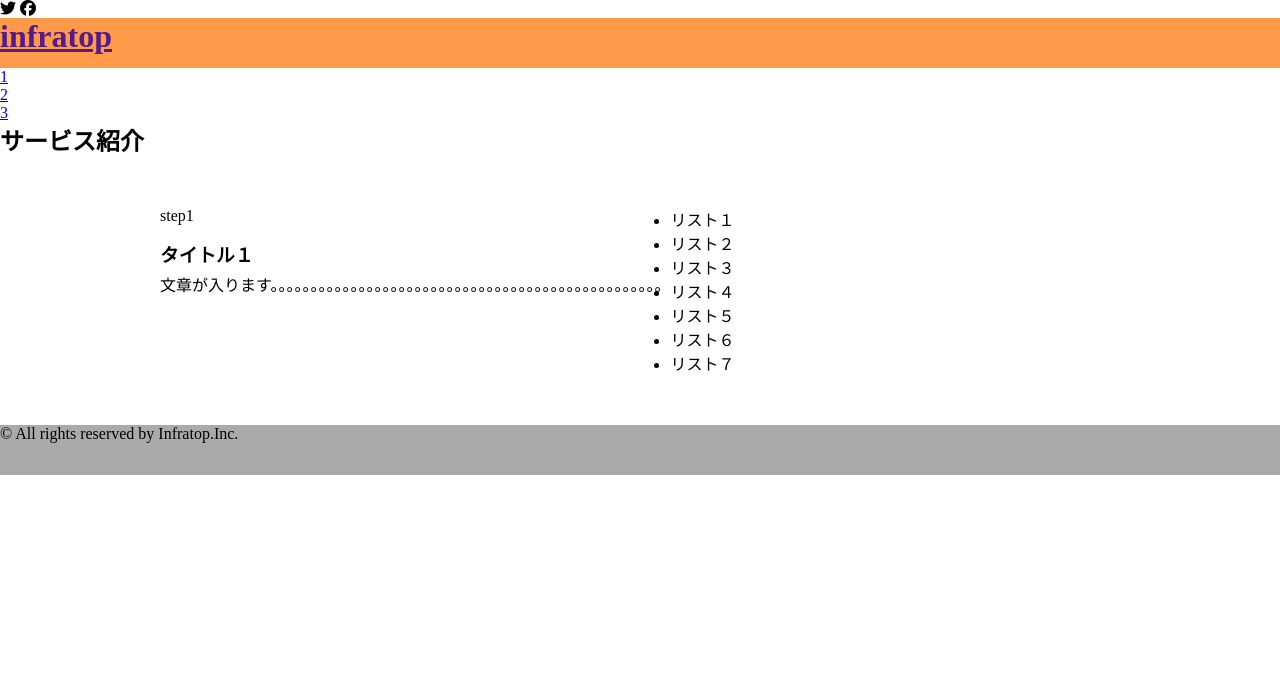
Repository: yymmyymm/review-sub1
Page: caravan2/index2.html
The author's editor kept a record of every edit. The page is drawn from the files as they stood at one moment, then again after the next edit.
The browser window is 1280 px wide. The pictures show the whole page.
Some web libraries are served in a nearby version.

Above is the page before.

After the next edit:
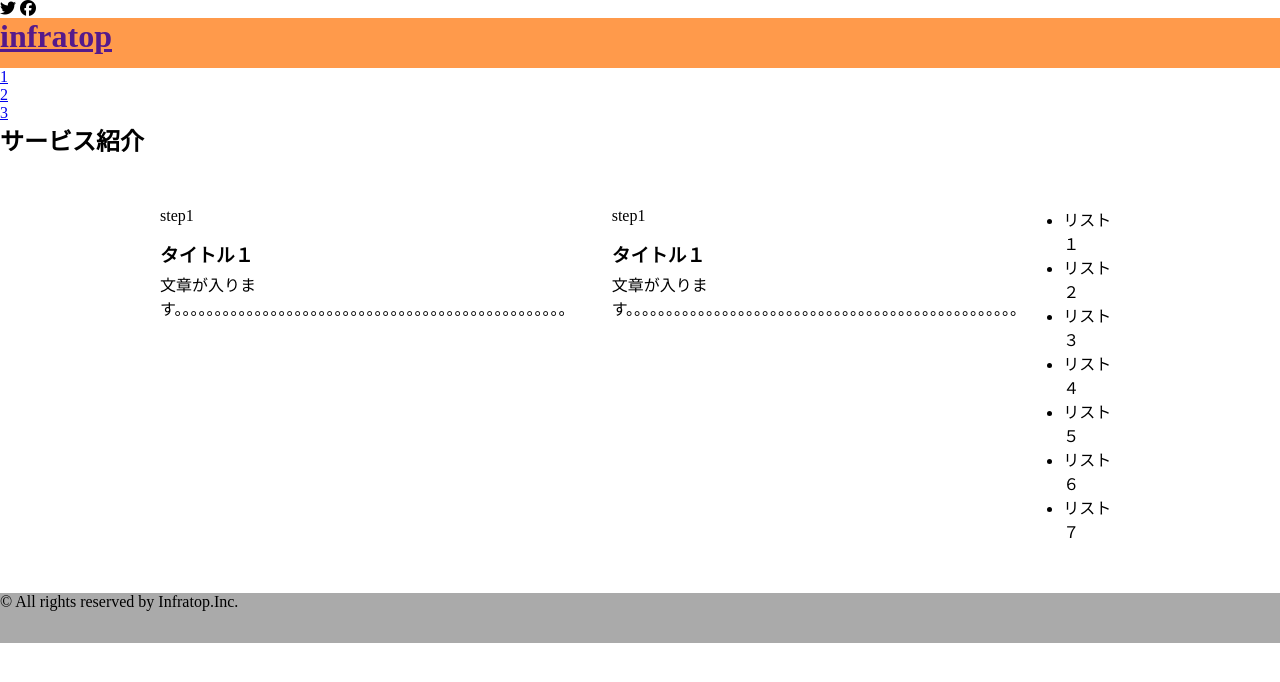
The edit:
--- a/caravan2/index2.html
+++ b/caravan2/index2.html
@@ -60,6 +60,15 @@
       </p>
     </div>
 
+    <div class="step box">
+      <div class="step img1"></div>
+      <span clss="step num">step1</span>
+      <h3 class="title">タイトル１</h3>
+      <p class="text">
+        文章が入ります。。。。。。。。。。。。。。。。。。。。。。。。。。。。。。。。。。。。。。。。。。。。。。。。。
+      </p>
+    </div>
+
 
 
 
